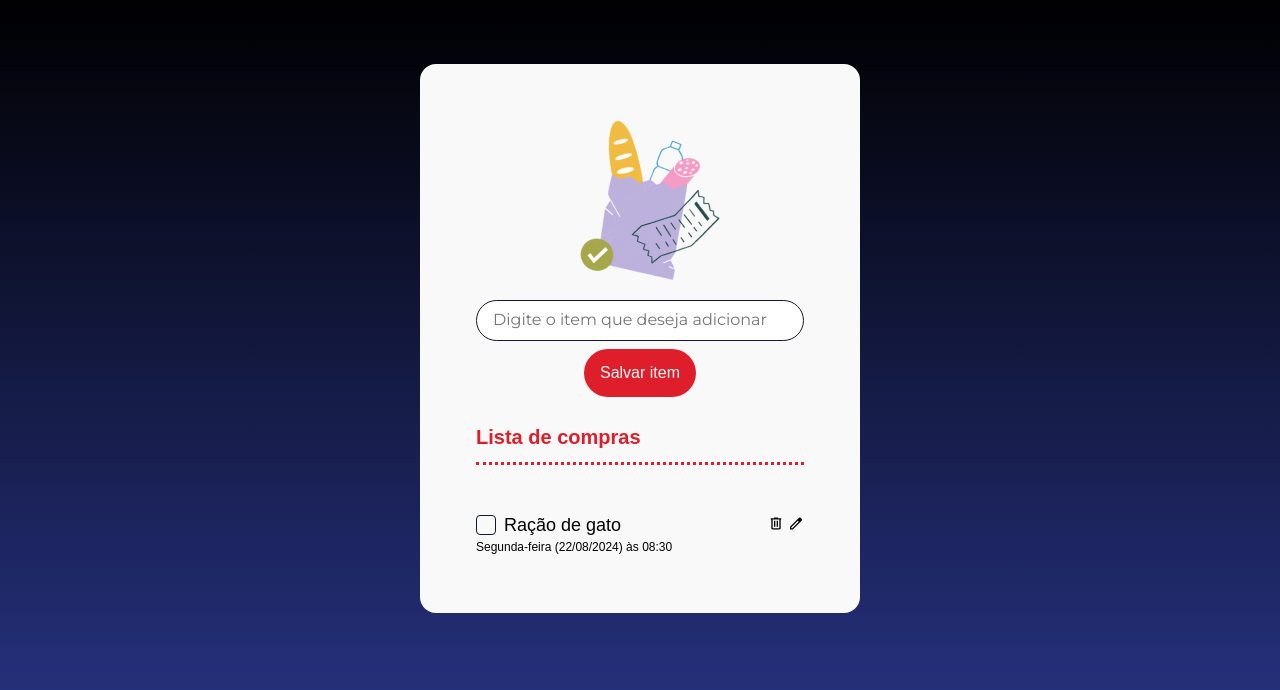
Repository: joaoPraiaJunior/compras_js
Page: index.html
An editor plug-in stored every save of this project. The page is shown before and after the next save, followed by the edit.
The browser window is 1280 px wide. The pictures show the whole page.
Some web fonts or font styles are not loaded; a fallback is used.

Above is the page before, as saved 2024-08-22 23:48:18.

After the next save:
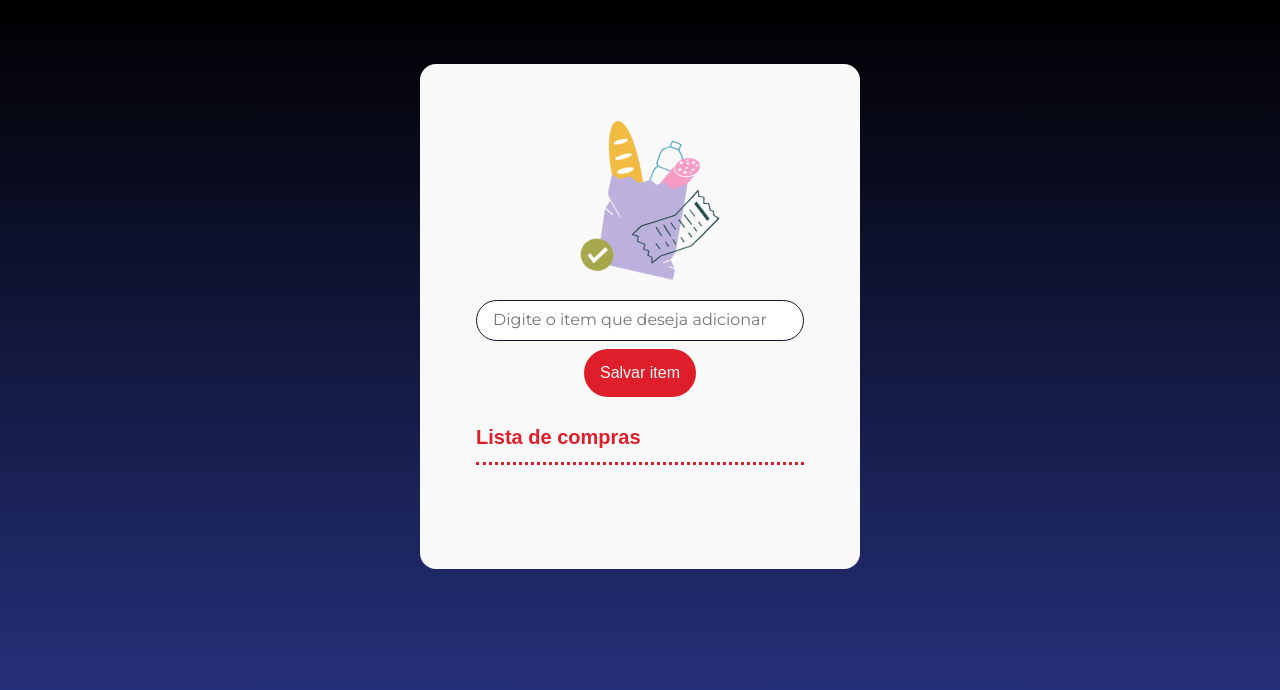
Saved 17 s later.
--- a/index.html
+++ b/index.html
@@ -24,8 +24,8 @@
         <h1>Lista de compras</h1>
         <hr>
 
-        <ul class="lista">
-            <li class="lista__item">
+        <ul class="lista" data-js="lista-de-compras">
+            <!-- <li class="lista__item">
                 <div class="lista__container">
                     <div class="lista__compra">
                         <label class="checkbox" for="item-1">
@@ -40,7 +40,7 @@
                     </div>
                 </div>
                 <p class="lista__data">Segunda-feira (<time datetime="2024-08-22">22/08/2024</time>) às <time>08:30</time></p>
-            </li>
+            </li> -->
         </ul>
     </main>
     <script src="./js/scripts.js"></script>
